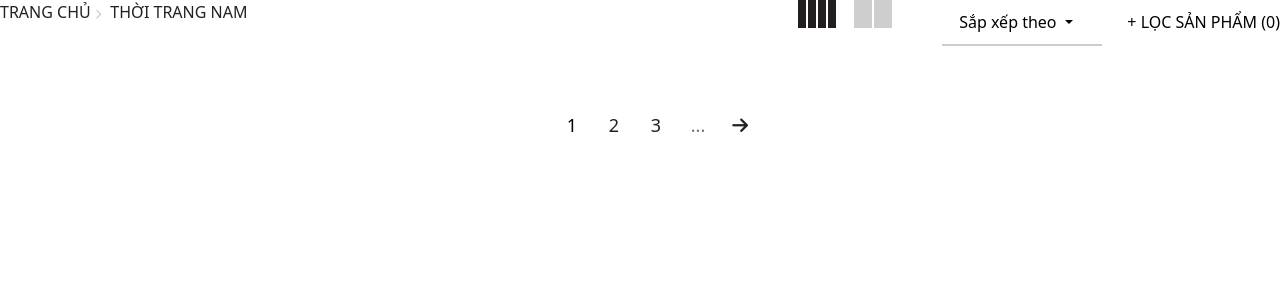
Repository: NguyenQuangQuan021099/FE_Page-Male
Page: index.html
An editor plug-in stored every save of this project. The page is shown before and after a run of saves, followed by the edit.
The browser window is 1280 px wide. The pictures show the whole page.
The page's requests for data from a server got no answer. Some web libraries are served in a nearby version.

Above is the page before, as saved 2021-07-08 10:54:53.

After the next 2 saves:
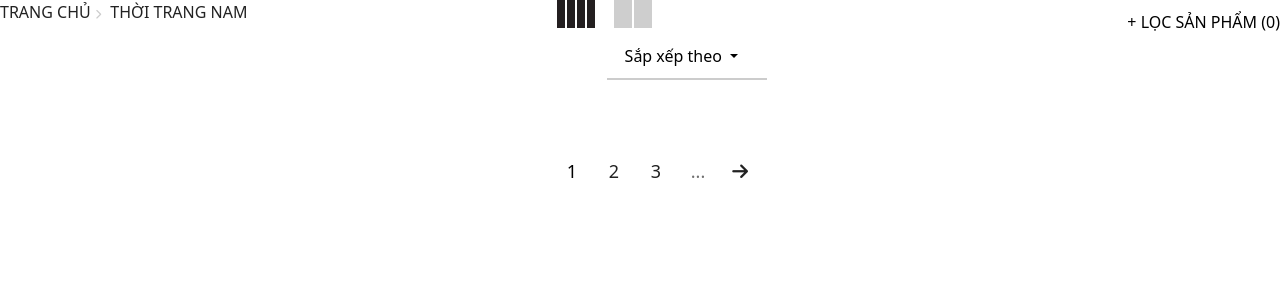
The 2 saves are shown as one change because they came seconds apart.
The last was saved 2 min 47 s later.
--- a/style.css
+++ b/style.css
@@ -18,13 +18,6 @@ a, a:hover{
     justify-content: space-between;
     position: relative;
 }
-
-.nav-2{
-    display: flex;
-    position: absolute;
-    right: 10%;
-}
-
 
 .toolbar__product a{
     height: 28px;
